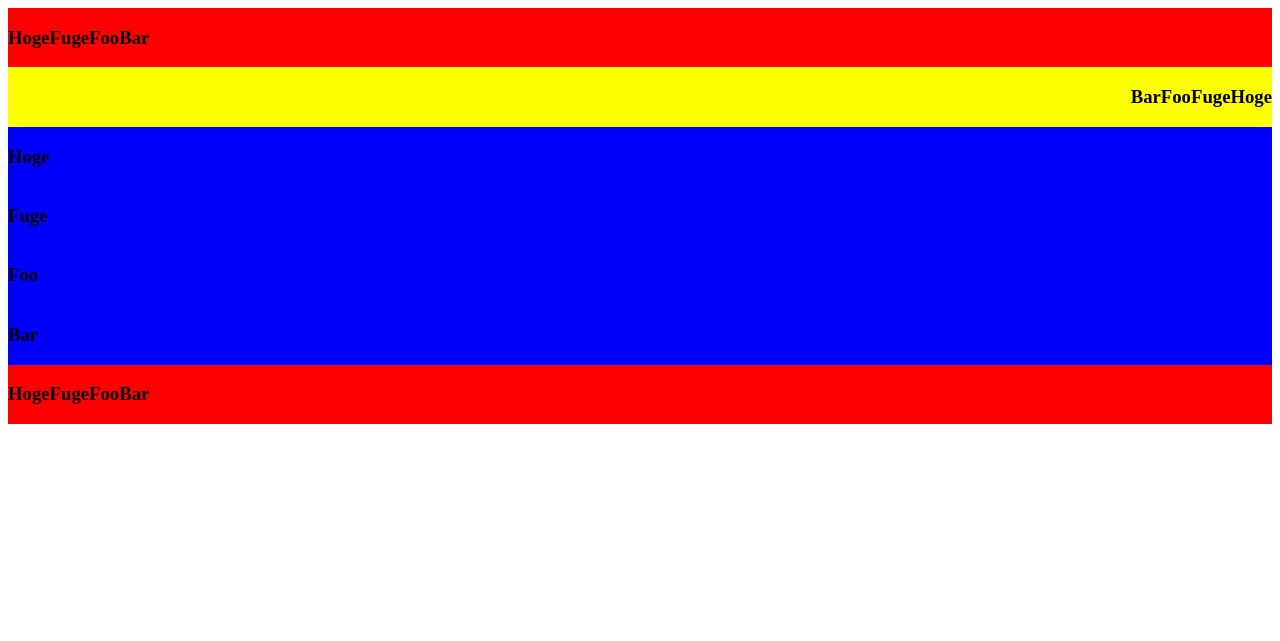
Repository: yoshi1924/samurai_HTML-CSS
Page: test.html
The author's editor kept a record of every edit. The page is drawn from the files as they stood at one moment, then again after the next edit.
The browser window is 1280 px wide. The pictures show the whole page.

Above is the page before.

After the next edit:
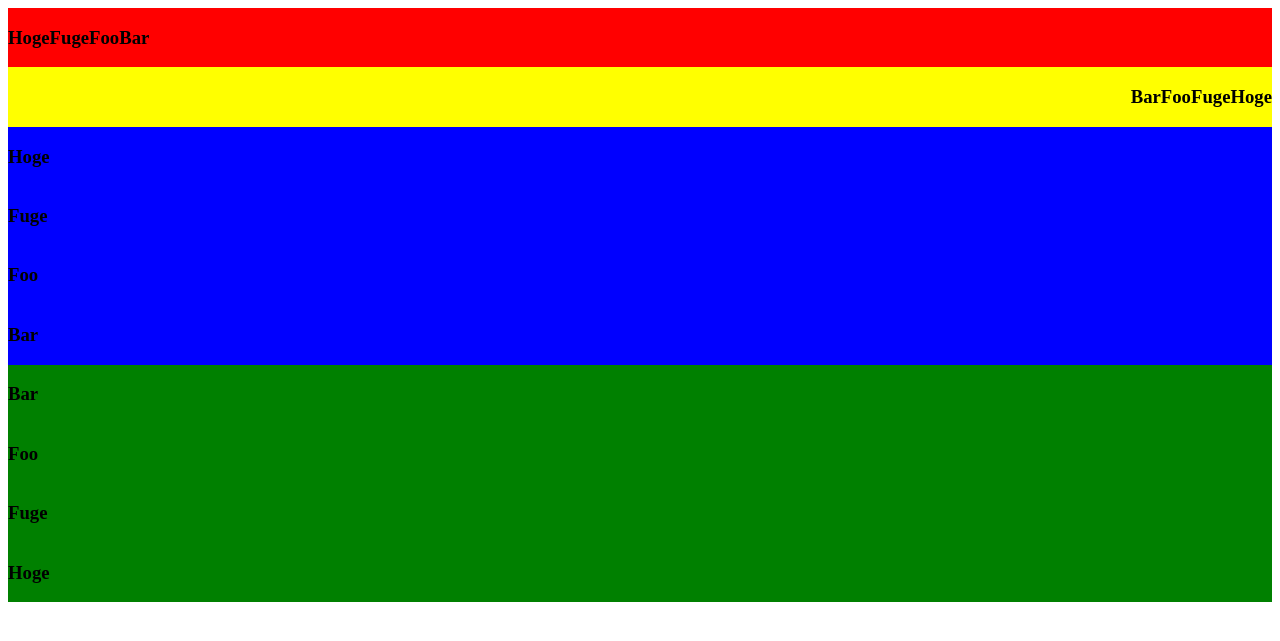
The edit:
--- a/test.html
+++ b/test.html
@@ -46,7 +46,7 @@
         <h3>Foo</h3>
         <h3>Bar</h3>
     </div>
-    <div id="sort">
+    <div id="column-reverse">
         <h3>Hoge</h3>
         <h3>Fuge</h3>
         <h3>Foo</h3>
